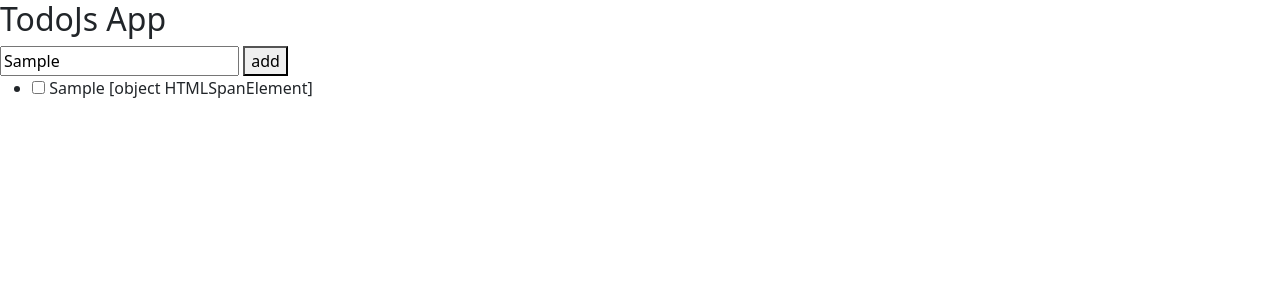
Repository: VladimirKasyanov/Todo
Page: index.html
An editor plug-in stored every save of this project. The page is shown before and after the next save, followed by the edit.
The browser window is 1280 px wide. The pictures show the whole page.
Empty fields were first filled with sample values (such as "Sample", 5 or name@example.com).
After loading, the first visible `button.add` was clicked once.

Above is the page before, as saved 2024-05-16 10:52:33.

After the next save:
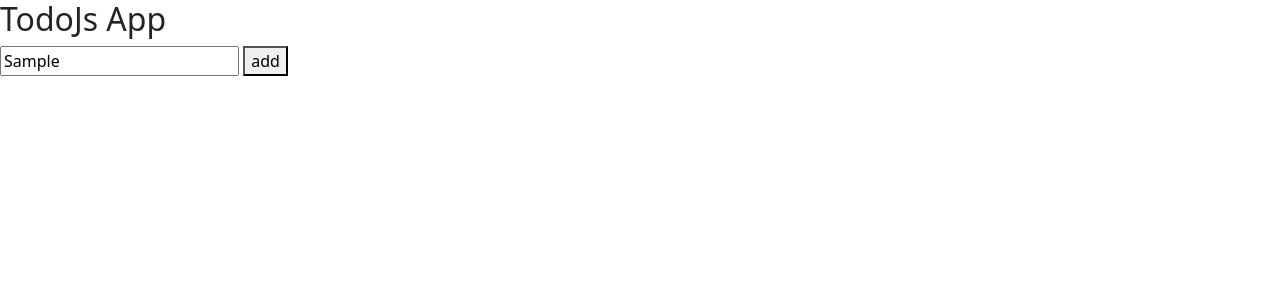
Console error: ReferenceError: Cannot access 'span' before initialization
Saved 2 min 41 s later.
--- a/todo.js
+++ b/todo.js
@@ -3,7 +3,7 @@
 const addButton = document.querySelector('.add')
 const list = document.querySelector('.list')
 const listItem = document.createElement('li')
-const span = document.createElement('span');
+
 
 let todoList = [];
 
@@ -26,6 +26,7 @@
         <label for='item_${i}'>${item.description}</label>
         ${span}
         </li>`;
+        let span = document.createElement('span');
         // todo.innerHTML = displayList;
            });
 

After the save that followed:
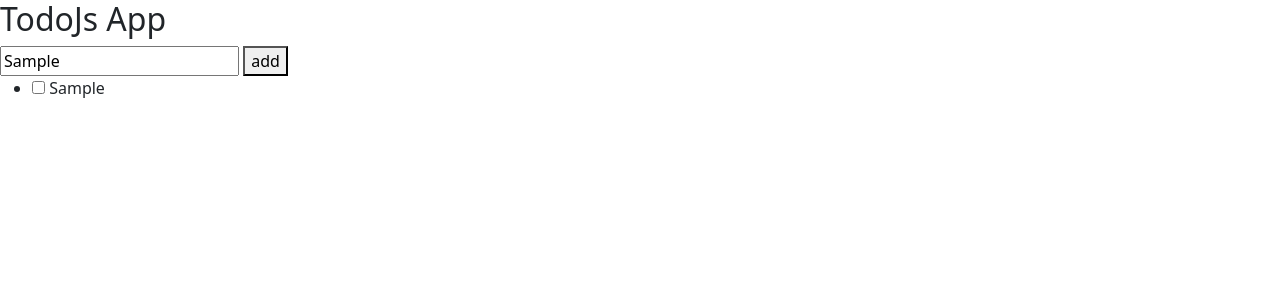
The error is gone.
Saved 49 s later.
--- a/todo.js
+++ b/todo.js
@@ -24,9 +24,9 @@
         `<li>
         <input type='checkbox' id='item_${i}'>
         <label for='item_${i}'>${item.description}</label>
-        ${span}
+
         </li>`;
-        let span = document.createElement('span');
+        // let span = document.createElement('span');
         // todo.innerHTML = displayList;
            });
 
